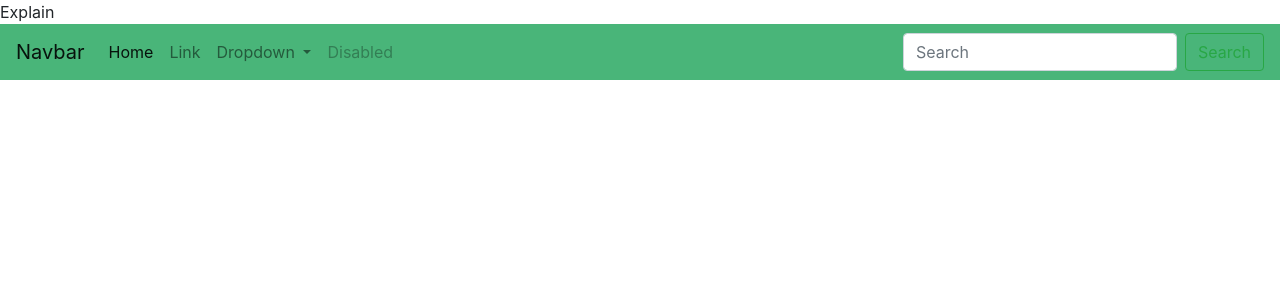
Repository: tsthuy/Badminton
Page: index.html
These files come from the project's save history. The page is drawn as it stood at one moment and after the next save; the edit follows.
The browser window is 1280 px wide. The pictures show the whole page.
Some web libraries are served in a nearby version.

Above is the page before, as saved 2023-10-12 20:11:56.

After the next save:
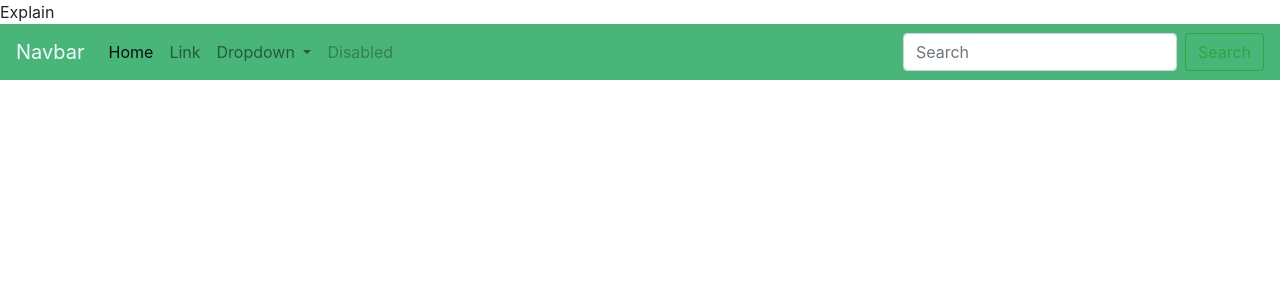
Saved 56 s later.
--- a/index.html
+++ b/index.html
@@ -9,8 +9,9 @@
 </head>
 <body>
     Explain
-<nav class="navbar navbar-expand-lg navbar-light bg-light " style="background-color: #49b579 !important; color: white !important;">
-  <a class="navbar-brand" href="#">Navbar</a>
+<nav class="navbar navbar-expand-lg navbar-light bg-light " style="background-color: #49b579 !important;
+">
+  <a style="color: aliceblue;" class="navbar-brand" href="#">Navbar</a>
   <button class="navbar-toggler" type="button" data-toggle="collapse" data-target="#navbarSupportedContent" aria-controls="navbarSupportedContent" aria-expanded="false" aria-label="Toggle navigation">
     <span class="navbar-toggler-icon"></span>
   </button>
